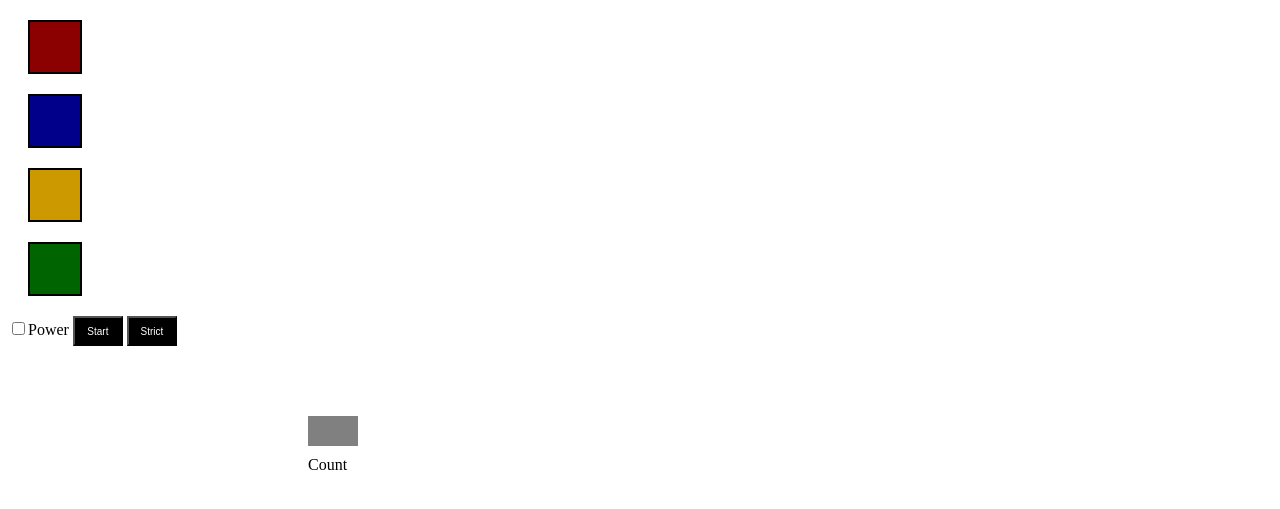
Repository: Code-Institute-Submissions/The-Simon-Game
Page: index.html
The author's editor kept a record of every edit. The page is drawn from the files as they stood at one moment, then again after the next edit.
The browser window is 1280 px wide. The pictures show the whole page.
After loading, the first visible `#start` was clicked once.
Some web libraries are served in a nearby version.

Above is the page before.
Console error: SyntaxError: Unexpected token ')'

### index.html
<!DOCTYPE html>
<html lang="en">

<head>
  <meta charset="UTF-8">
  <meta name="viewport" content="width=device-width, initial-scale=1.0">
  <meta http-equiv="X-UA-Compatible" content="ie=edge">
  <link rel="stylesheet" href="css/style.css" type="text/css" />
  <script src="https://ajax.googleapis.com/ajax/libs/jquery/3.2.1/jquery.min.js"></script>
  <title>The Simon Game</title>
</head>

<body>
  <section>
    <div id='colorBoxes' class='red' onclick='red.play();'></div>
    <div id="colorBoxes" class="blue" onclick='blue.play();'></div>
    <div id="colorBoxes" class="yellow" onclick='yellow.play();'></div>
    <div id="colorBoxes" class="green" onclick='green.play();'></div>
    <input type="checkbox" id='power' class='onOffButton'>Power</input>
    <button id="start" class="startButton" onclick='start'>Start</button>
    <button id="strict" class="strictButton">Strict</button>
    <div id="counterBox" class="turn"></div>
    <div class="count">Count</div>
  </section>
</body>

<script type="text/javascript" src="js/script.js"></script>
<script src="https://stackpath.bootstrapcdn.com/bootstrap/4.3.1/js/bootstrap.min.js"
integrity="sha384-JjSmVgyd0p3pXB1rRibZUAYoIIy6OrQ6VrjIEaFf/nJGzIxFDsf4x0xIM+B07jRM"
crossorigin="anonymous"></script>
</html>

### css/style.css
.startButton {
    height: 30px;
    width: 50px;
    background-color: black;
    color: white;
    font-size: 10px;
}

.strictButton {
    height: 30px;
    width: 50px;
    background-color: black;
    color: white;
    font-size: 10px;
}


.turn {
    position: absolute;
    background: grey;
    color: blue;
    font-family: courier;
    font-size: 20px;
    height: 30px;
    width: 50px;
    margin-left: 300px;
    margin-top: 70px;
    text-align: center;
    vertical-align: middle;
    line-height: 30px;
}

.count {
    margin-left: 300px;
    margin-top: 110px;
}

.red {
    border: 2px solid black;
    background-color: darkred;
    height: 50px;
    width:50px;
    margin:20px;
}

.red:active {
    border: 2px solid black;
    background-color: #ffb3b3;
    height: 50px;
    width:50px;
    margin:20px;
}

.blue {
    border: 2px solid black;
    background-color: darkblue;
    height: 50px;
    width:50px;
    margin:20px;
}

.blue:active {
    border: 2px solid black;
    background-color: #b3d9ff;
    height: 50px;
    width:50px;
    margin:20px;
}

.yellow {
    border: 2px solid black;
    background-color: #cc9900;
    height: 50px;
    width:50px;
    margin:20px;
}

.yellow:active {
    border: 2px solid black;
    background-color: #ffffb3;
    height: 50px;
    width:50px;
    margin:20px;
}


.green {
    border: 2px solid black;
    background-color: darkgreen;
    height: 50px;
    width:50px;
    margin:20px;
}


.green:active {
    border: 2px solid black;
    background-color: #b3ffb3;
    height: 50px;
    width:50px;
    margin:20px;
}

### js/script.js
// Varibles

let onOffButton = false;
let start = false;
let strict = false;
let level = 20;
let colorBoxes;
let color = ['red'];
let counterBox;

let red = new Audio('https://s3.amazonaws.com/freecodecamp/simonSound1.mp3');
let blue = new Audio('https://s3.amazonaws.com/freecodecamp/simonSound2.mp3');
let yellow = new Audio('https://s3.amazonaws.com/freecodecamp/simonSound3.mp3');
let green = new Audio('https://s3.amazonaws.com/freecodecamp/simonSound4.mp3');

// Power Button

$('#power').click(function() {
  onOffButton = (onOffButton == false);
  if (onOffButton) {
    onOffButton = true;
    $('#counterBox').text('--');
  }
  else {
    onOffButton = false;
    $('#counterBox').text('');
  }
  start = false;
  strict = false;
  console.log('counterBox');
});

// Start Game Button

$('#start').click(function() {
  start = (start == false);
  if (start) {
    start = true;
    $('#start').css('background-color', 'white');
    $('#start').css('color', 'black');
    $('#counterBox').text('1');
  }
  else {
    start = false;
    $('#start').css('background-color', 'black');
    $('#start').css('color', 'white');
    $('#counterBox').text('--');
  }
  strict = false;
  level = 1;
  level++;
  simonSequence();
  startGame();
});

// Strict Game Button

$('#strict').click(function() {
  strict = (strict == false);
  if (strict) {
    strict = true;
    $('#strict').css('background-color', 'red');
    $('#strict').css('color', 'black');
  }
  else {
    strict = false;
    $('#strict').css('background-color', 'black');
    $('#strict').css('color', 'white');
  }
  level = 1;
  level++;
  simonSequence();
  startGame();
  console.log('strict');
});


function startGame() {
  $('#start').click(function() {
    for (var i = 0; i < 20; i++) {
    color = Math.floor(Math.random() * 4) + 1;
    console.log('startGame');
  });
}

// Simon Sequence

function simonSequence() {
  level = 1;
  level++;
  color;
  startGame();
  $('#counterBox').text('1');

  var myInterval = setInterval(function() {
    color = simonSequence[i];
    i++;
    if (i == simonSequence.length) {
      clearInterval(myInterval);
    }
  }, 1000);
  console.log('simonSequence');
}

After the next edit:
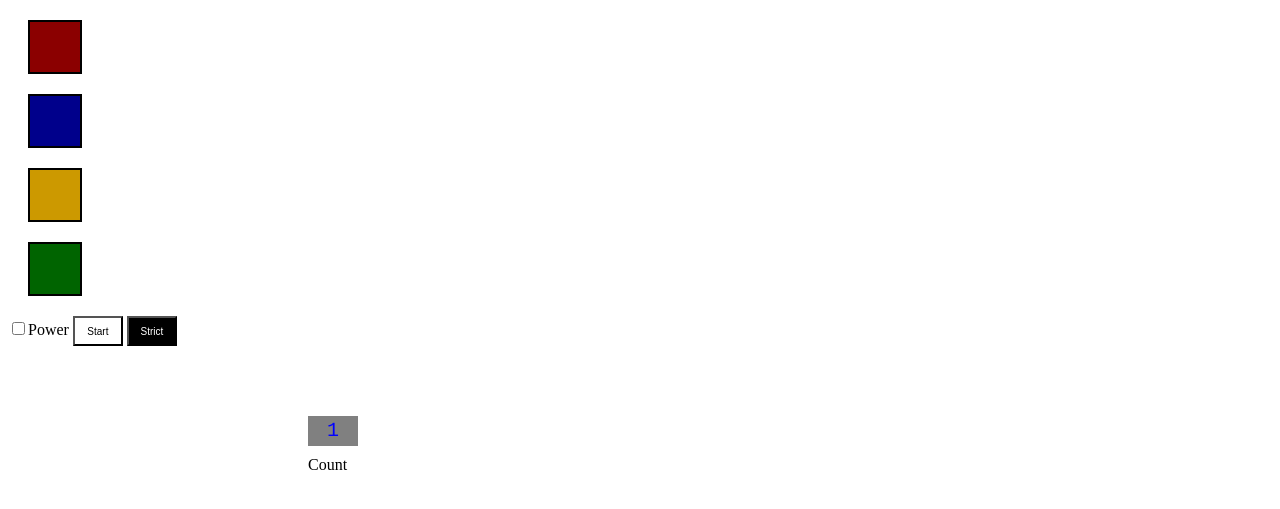
Console error: ReferenceError: i is not defined
The edit:
--- a/js/script.js
+++ b/js/script.js
@@ -78,8 +78,9 @@
 function startGame() {
   $('#start').click(function() {
     for (var i = 0; i < 20; i++) {
-    color = Math.floor(Math.random() * 4) + 1;
-    console.log('startGame');
+    color.push(Math.floor(Math.random() * 4) + 1);
+    console.log('color');
+    }
   });
 }
 
